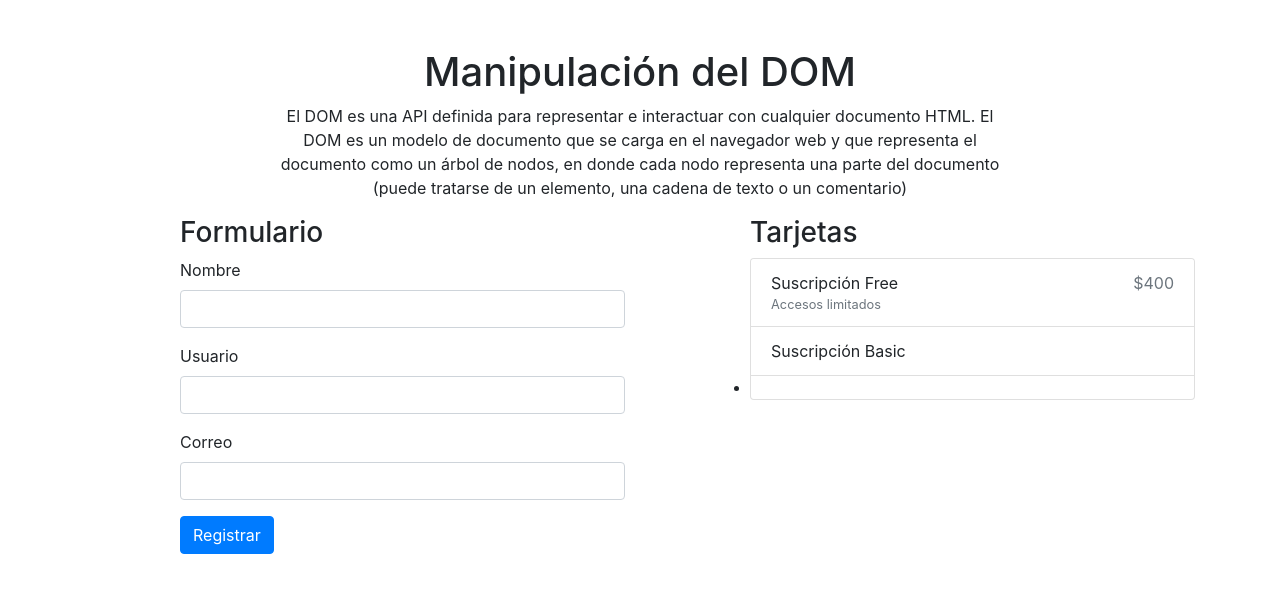
Repository: pedro-donoso/manipulacion-dom
Page: index.html
The author's editor kept a copy of each file at every save. The page is drawn from the files as they stood at one save, then again after the next save.
The browser window is 1280 px wide. The pictures show the whole page.

Above is the page before, as saved 2024-02-05 21:30:19.

After the next save:
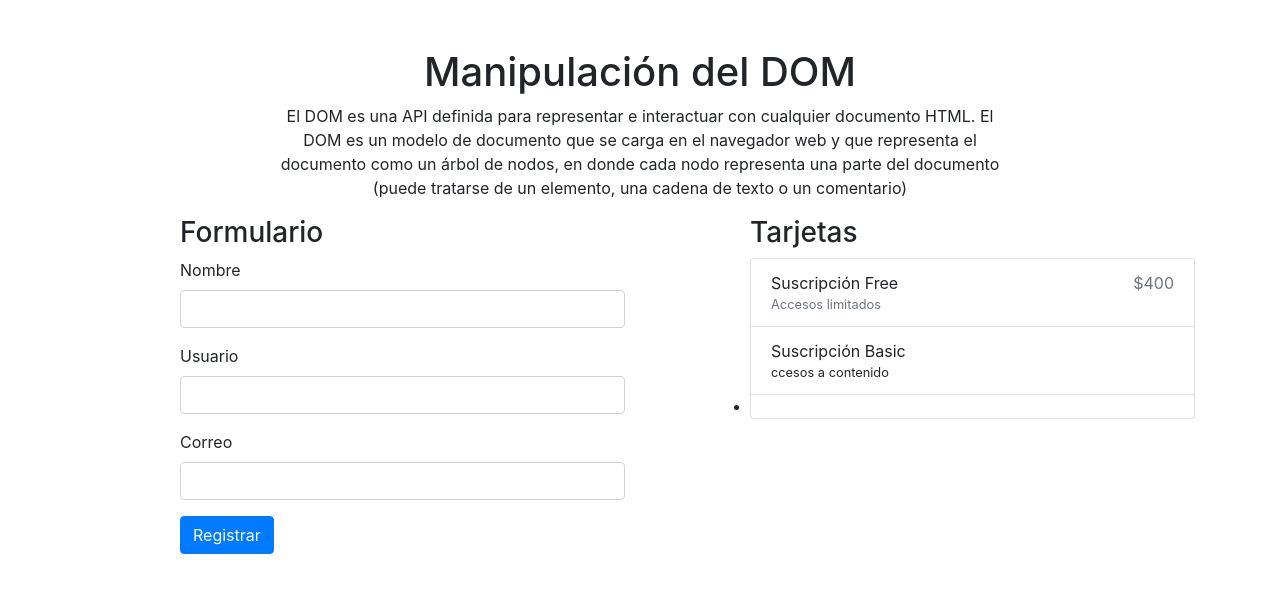
Saved 14 s later.
--- a/index.html
+++ b/index.html
@@ -55,7 +55,7 @@
                         <li class="list-group-item d-flex justify-content-between">
                             <div class="d-flex flex-column">
                                 <span>Suscripción Basic</span>
-                                <small></small>
+                                <small>ccesos a contenido</small>
                             </div>
                         </li>
                         <li>
